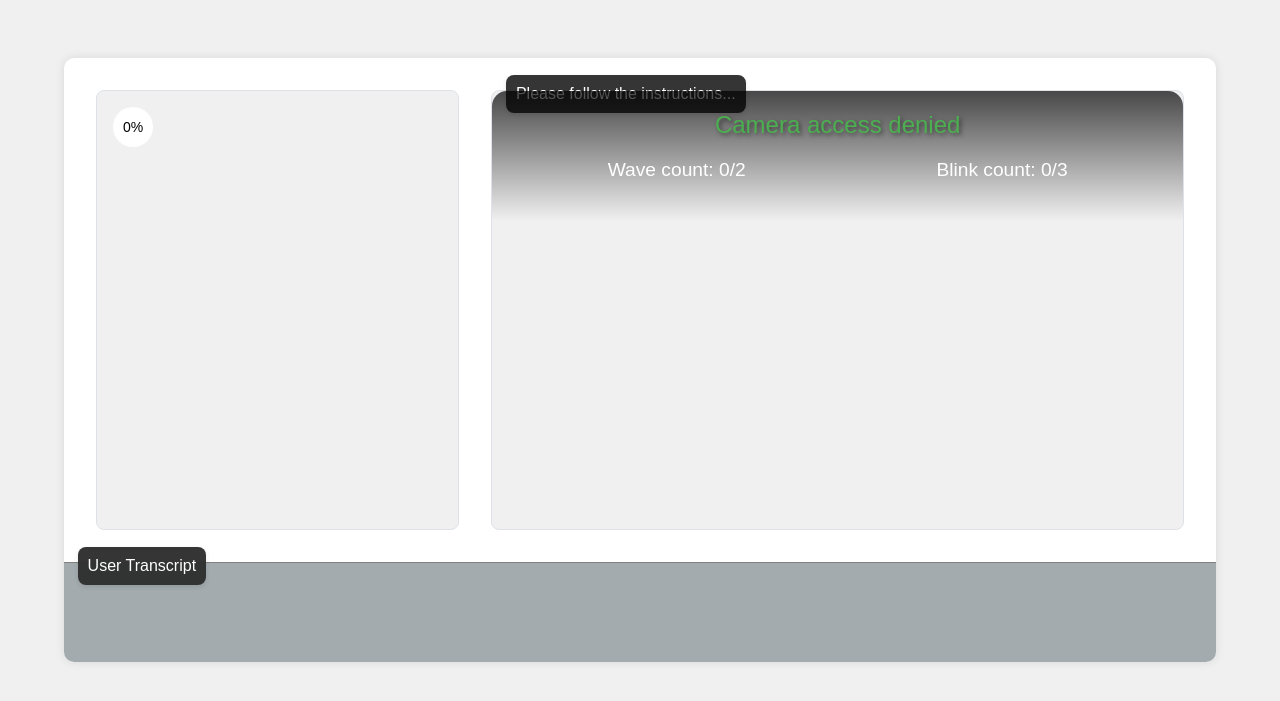
Repository: Ayaanns/E-kyc-BE-project
Page: http://localhost/
The author's editor kept a copy of each file at every save. The page is drawn from the files as they stood at one save, then again after the next save.
The browser window is 1280 px wide. The pictures show the whole page.
The page is served by the project's application, run on Django 4.2 (manage.py). A made-up administrator, testuser (Test User, test@example.com), is signed in.

Above is the page before, as saved 2025-03-02 02:14:53.

After the next save:
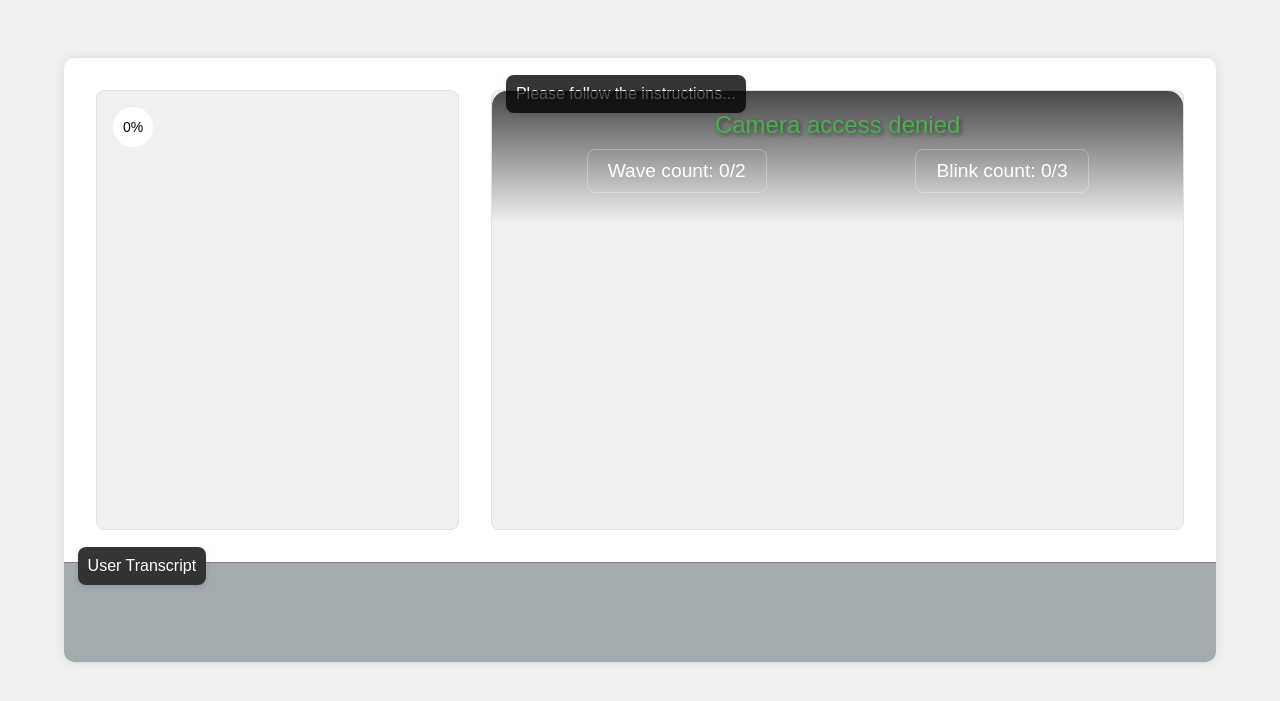
Saved 5 s later.
--- a/templates/home.html
+++ b/templates/home.html
@@ -41,10 +41,10 @@
         .status-box {
             /* background: rgba(0,0,0,0.5); */
             padding: 10px 20px;
-            /* border-radius: 8px; */
+            border-radius: 8px;
             text-align: center;
             color: white;
-            /* border: 1px solid rgba(255,255,255,0.3); */
+            border: 1px solid rgba(255,255,255,0.3);
         }
 
         .verification-message {
